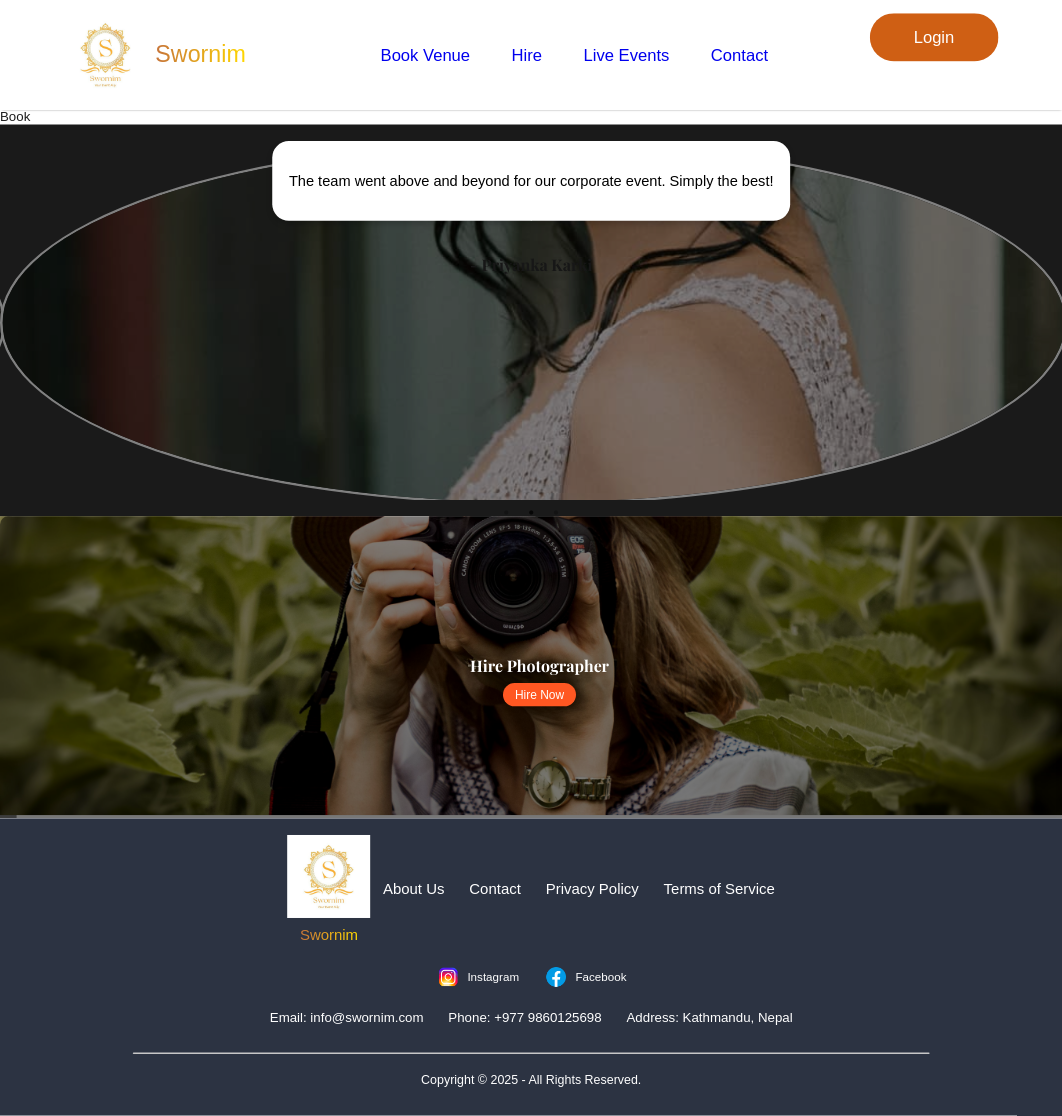
Repository: leonischu/Swornim
Page: / (app in frontend/)
An editor plug-in stored every save of this project. The page is shown before and after the next save, followed by the edit.
The browser window is 1280 px wide. The pictures show the whole page, at 83% of full size.
Pictures or frames that could not be fetched are drawn as grey boxes. The project was rebuilt for these pictures with package versions that can differ from the ones it lists, and the page was loaded fresh each time. Also part of the build but not shown: frontend/src/App.css, frontend/src/Pages/Contact.jsx, frontend/src/Pages/LoginSignup.jsx.

Above is the page before, as saved 2025-06-01 20:43:03.

After the next save:
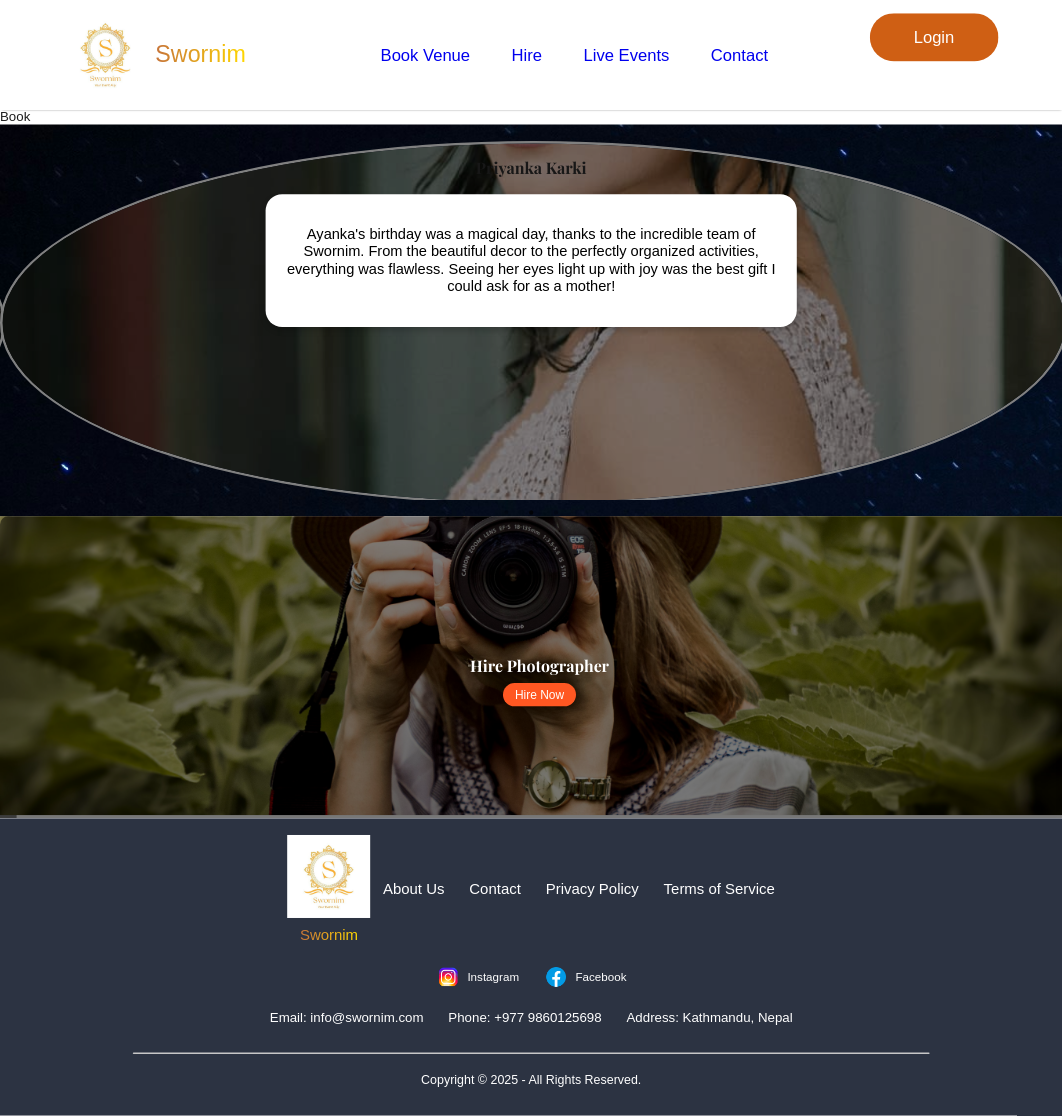
Saved 6 min 46 s later.
--- a/frontend/src/Components/Clients/Clients.jsx
+++ b/frontend/src/Components/Clients/Clients.jsx
@@ -23,18 +23,23 @@ const Clients = () => {
     },
     {
       name: "Priyanka Karki",
-      saying: "The team went above and beyond for our corporate event. Simply the best!",
+      saying: "Ayanka's birthday was a magical day, thanks to the incredible team of Swornim. From the beautiful decor to the perfectly organized activities, everything was flawless. Seeing her eyes light up with joy was the best gift I could ask for as a mother!",
       image: require("../Assets/priyanka_karki.jpg"),
     },
     {
       name: "Aarav Khadka",
-      saying: "I couldn’t have asked for a better team to handle my birthday bash. Highly recommend!",
+      saying: "The team went above and beyond for our corporate event. Simply the best!",
       image: require("../Assets/aarav_khadka.jpg"),
     },
   ];
 
+  const backgroundImage = require("../Assets/testimonial_bg.jpg");
+
   return (
-    <div className="testimonial-carousel-container">
+    <div
+      className="testimonial-carousel-container"
+      style={{ backgroundImage: `url(${backgroundImage})` }}
+    >
       <Slider {...settings}>
         {testimonials.map((client, index) => (
           <div key={index} className="testimonial-slide">
@@ -44,10 +49,12 @@ const Clients = () => {
                 alt={client.name}
                 className="testimonial-client-image"
               />
-              <div className="testimonial-cloud">
-                <p>{client.saying}</p>
+              <div className="testimonial-info">
+                <h3 className="testimonial-client-name">{client.name}</h3>
+                <div className="testimonial-cloud">
+                  <p>{client.saying}</p>
+                </div>
               </div>
-              <h3 className="testimonial-client-name">- {client.name}</h3>
             </div>
           </div>
         ))}
